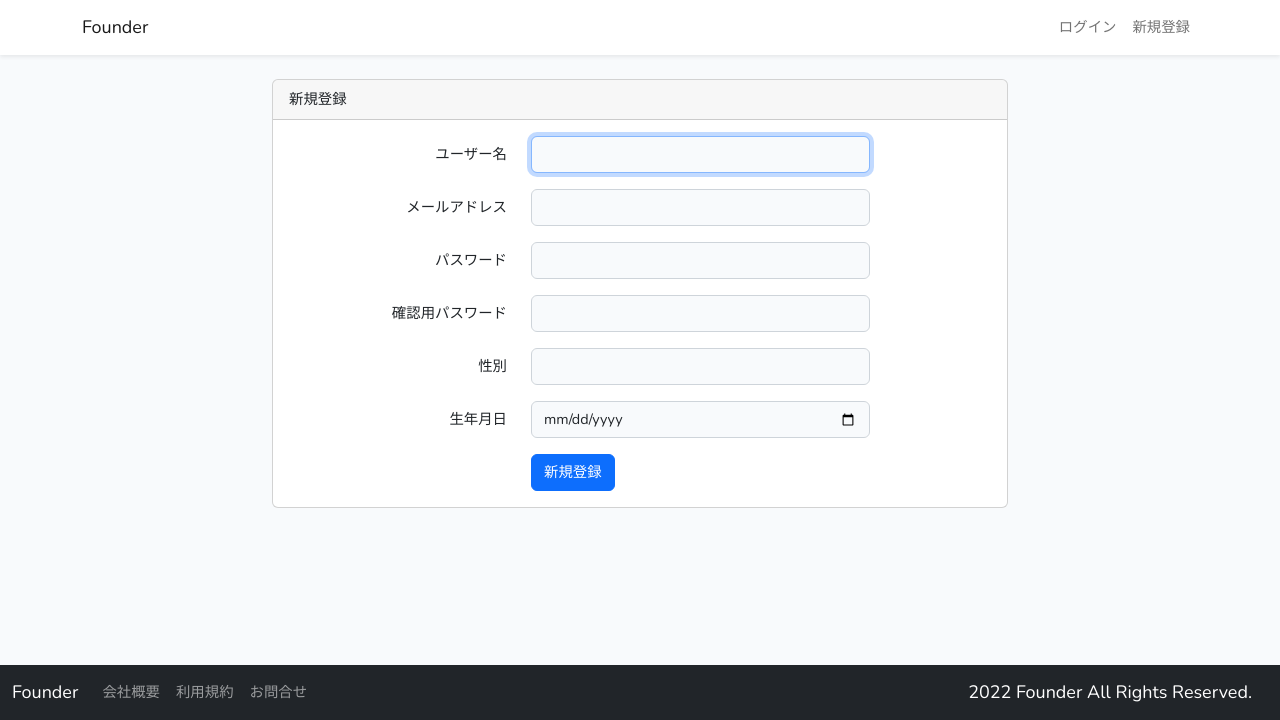
Repository: kazuro-yasuda/Founder_01
Page: http://localhost/register
The author's editor kept a record of every edit. The page is drawn from the files as they stood at one moment, then again after the next edit.
The browser window is 1280 px wide. The pictures show the whole page.
The page is served by the project's Laravel application, run on PHP 8.4 with Laravel 9. Other server files are loaded and not shown.

Above is the page before.
Console error: TypeError: Cannot set properties of null (setting 'onclick')

### cms/app/Providers/AppServiceProvider.php
<?php

namespace App\Providers;

use Illuminate\Support\ServiceProvider;
use Illuminate\Routing\UrlGenerator;//この行を追加

class AppServiceProvider extends ServiceProvider
{
    /**
     * Register any application services.
     *
     * @return void
     */
    public function register()
    {
        //
    }

    /**
     * Bootstrap any application services.
     *
     * @return void
     */
    public function boot(UrlGenerator $url)
    {
        $url->forceScheme('https');
    }
}

### cms/routes/web.php
<?php

use Illuminate\Support\Facades\Route;
use Illuminate\Http\Request;
use App\Http\Controllers\WelcomeFounderController;
use App\Http\Controllers\ItemsController;
use App\Http\Controllers\ItemController;
use App\Http\Controllers\ItemsAdminController;
use App\Http\Controllers\CompareController;
use App\Http\Controllers\MediumCategoryController;
use App\Http\Controllers\ImageController;
use App\Http\Controllers\ItemDetailController;



/*
|--------------------------------------------------------------------------
| Web Routes
|--------------------------------------------------------------------------
|
| Here is where you can register web routes for your application. These
| routes are loaded by the RouteServiceProvider within a group which
| contains the "web" middleware group. Now create something great!
|
*/
//[ ユーザー側の画面関係]

//トップページ表示
Route::get('/', [WelcomeFounderController::class, 'index']);

//中カテゴリーページ表示
Route::get('/categories',  [MediumCategoryController::class, 'index']);

//商品一覧ページ表示
Route::get('/items',   [ItemsController::class, 'index']);

// いいねボタン
 Route::post('/items/{item_id}', [ItemsController::class, 'nice']);

//商品詳細ページ表示
Route::get('/item/{id}', [ItemController::class, 'index']);


//「気になるボタン」uniteテーブル・中間テーブルに保存
Route::post('/compare/create', [CompareController::class, 'create']);

//「気になるボタン」比較ページ表示
Route::post('/compare/{item_unite_id}', [CompareController::class, 'intereste']);

//中間テーブルのデータをもとに比較画面表示
//Route::get('/compare/{unite_id}', [CompareController::class, 'index']);





//[ 管理者側の画面関係]
// ①商品の追加ダッシュボード表示(items_admin.blade.php)
 Route::get('/items_admin', [ItemsAdminController::class, 'index']);

 // ②商品を追加
 Route::post('/add_item', [ItemsAdminController::class, 'store']);


// //③商品更新処理
// Route::post('/@@@',[ItemsAdminController::class, 'update']);

// //④商品削除
// Route::delete('/@@@k/{@@@}',[ItemsAdminController::class, 'destroy']);


//画像アップロード画面表示
//Route::get('/image', [ImageController::class, 'index']);

//画像アップロード処理
//Route::post('/image/upload',[ImageController::class, 'upload']);




Auth::routes();

Route::get('/home', [App\Http\Controllers\HomeController::class, 'index'])->name('home');

### cms/resources/views/auth/register.blade.php
@extends('layouts.app')

@section('content')
<div class="container">
    <div class="row justify-content-center">
        <div class="col-md-8">
            <div class="card">
                <div class="card-header">{{ __('新規登録') }}</div>

                <div class="card-body">
                    <form method="POST" action="{{ route('register') }}">
                        @csrf

                         <!--会員種別-->
                        <!--<div class="row mb-3">-->
                        <!--    <label for="role_id" class="col-md-4 col-form-label text-md-end">{{ __('会員種別') }}</label>-->

                        <!--    <div class="col-md-6">-->
                        <!--        <input id="role_id" type="integer" class="form-control @error('role_id') is-invalid @enderror" name="role_id" value="{{ old('role_id') }}" required autocomplete="role_id" autofocus>-->

                        <!--        @error('role_id')-->
                        <!--            <span class="invalid-feedback" role="alert">-->
                        <!--                <strong>{{ $message }}</strong>-->
                        <!--            </span>-->
                        <!--        @enderror-->
                        <!--    </div>-->
                        <!--</div>-->

                        <!--ユーザー名-->
                        <div class="row mb-3">
                            <label for="name" class="col-md-4 col-form-label text-md-end">{{ __('ユーザー名') }}</label>

                            <div class="col-md-6">
                                <input id="name" type="string" class="form-control @error('name') is-invalid @enderror" name="name" value="{{ old('name') }}" required autocomplete="name" autofocus>

                                @error('name')
                                    <span class="invalid-feedback" role="alert">
                                        <strong>{{ $message }}</strong>
                                    </span>
                                @enderror
                            </div>
                        </div>



                        <!--メールアドレス-->
                        <div class="row mb-3">
                            <label for="email" class="col-md-4 col-form-label text-md-end">{{ __('メールアドレス') }}</label>

                            <div class="col-md-6">
                                <input id="email" type="string" class="form-control @error('email') is-invalid @enderror" name="email" value="{{ old('email') }}" required autocomplete="email">

                                @error('email')
                                    <span class="invalid-feedback" role="alert">
                                        <strong>{{ $message }}</strong>
                                    </span>
                                @enderror
                            </div>
                        </div>

                        <!--パスワード-->
                        <div class="row mb-3">
                            <label for="password" class="col-md-4 col-form-label text-md-end">{{ __('パスワード') }}</label>

                            <div class="col-md-6">
                                <input id="password" type="password" class="form-control @error('password') is-invalid @enderror" name="password" required autocomplete="new-password">

                                @error('password')
                                    <span class="invalid-feedback" role="alert">
                                        <strong>{{ $message }}</strong>
                                    </span>
                                @enderror
                            </div>
                        </div>

                         <!--確認用パスワード-->
                        <div class="row mb-3">
                            <label for="password-confirm" class="col-md-4 col-form-label text-md-end">{{ __('確認用パスワード') }}</label>

                            <div class="col-md-6">
                                <input id="password-confirm" type="string" class="form-control" name="password_confirmation" required autocomplete="new-password">
                            </div>
                        </div>


                         <!--性別-->
                        <div class="row mb-3">
                            <label for="gender" class="col-md-4 col-form-label text-md-end">{{ __('性別') }}</label>

                            <div class="col-md-6">
                                <input id="gender" type="tinyint" class="form-control @error('gender') is-invalid @enderror" name="gender" value="{{ old('gender') }}" required autocomplete="gender" autofocus>

                                @error('gender')
                                    <span class="invalid-feedback" role="alert">
                                        <strong>{{ $message }}</strong>
                                    </span>
                                @enderror
                            </div>
                        </div>

                        <!--生年月日-->
                        <div class="row mb-3">
                            <label for="birthday" class="col-md-4 col-form-label text-md-end">{{ __('生年月日') }}</label>

                            <div class="col-md-6">
                                <input id="birthday" type="date" class="form-control @error('birthday') is-invalid @enderror" name="birthday" value="{{ old('birthday') }}" required autocomplete="birthday" autofocus>

                                @error('birthday')
                                    <span class="invalid-feedback" role="alert">
                                        <strong>{{ $message }}</strong>
                                    </span>
                                @enderror
                            </div>
                        </div>

                        <!--送信ボタン-->
                        <div class="row mb-0">
                            <div class="col-md-6 offset-md-4">
                                <button type="submit" class="btn btn-primary">
                                    {{ __('新規登録') }}
                                </button>
                            </div>
                        </div>
                    </form>
                </div>
            </div>
        </div>
    </div>
</div>
@endsection

### cms/resources/views/layouts/app.blade.php
<!doctype html>
<html lang="{{ str_replace('_', '-', app()->getLocale()) }}">
<head>
    <meta charset="utf-8">
    <meta name="viewport" content="width=device-width, initial-scale=1">

    <!-- CSRF Token -->
    <meta name="csrf-token" content="{{ csrf_token() }}">

    <title>{{ config('app.name', 'Laravel') }}</title>

    <!-- Scripts -->
    <script src="{{ asset('js/app.js') }}" defer></script>
    <script src="{{ asset('js/intereste_btn.js') }}" defer></script>

    <!-- Fonts -->
    <link rel="dns-prefetch" href="//fonts.gstatic.com">
    <link href="https://fonts.googleapis.com/css?family=Nunito" rel="stylesheet">

    <!-- Styles -->
    <link href="{{ asset('css/app.css') }}" rel="stylesheet">
    <link href="{{ asset('css/items_ranking.css') }}" rel="stylesheet">

</head>
<body>
    <div id="app">
        <nav class="navbar navbar-expand-md navbar-light bg-white shadow-sm">
            <div class="container">

                <a class="navbar-brand" href="{{ url('/categories') }}">
                    {{ config('app.name', 'Founder') }}
                </a>
                <button class="navbar-toggler" type="button" data-bs-toggle="collapse" data-bs-target="#navbarSupportedContent" aria-controls="navbarSupportedContent" aria-expanded="false" aria-label="{{ __('Toggle navigation') }}">
                    <span class="navbar-toggler-icon"></span>
                </button>

                <div class="collapse navbar-collapse" id="navbarSupportedContent">
                    <!-- Left Side Of Navbar -->
                    <ul class="navbar-nav me-auto">

                    </ul>

                    <!-- Right Side Of Navbar -->
                    <ul class="navbar-nav ms-auto">
                        <!-- Authentication Links -->
                        @guest
                            @if (Route::has('login'))
                                <li class="nav-item">
                                    <a class="nav-link" href="{{ route('login') }}">{{ __('ログイン') }}</a>
                                </li>
                            @endif

                            @if (Route::has('register'))
                                <li class="nav-item">
                                    <a class="nav-link" href="{{ route('register') }}">{{ __('新規登録') }}</a>
                                </li>
                            @endif
                        @else
                            <li class="nav-item dropdown">
                                <a id="navbarDropdown" class="nav-link dropdown-toggle" href="#" role="button" data-bs-toggle="dropdown" aria-haspopup="true" aria-expanded="false" v-pre>
                                    {{ Auth::user()->name }}
                                </a>

                                <div class="dropdown-menu dropdown-menu-end" aria-labelledby="navbarDropdown">
                                    <a class="dropdown-item" href="{{ route('logout') }}"
                                       onclick="event.preventDefault();
                                                     document.getElementById('logout-form').submit();">
                                        {{ __('Logout') }}
                                    </a>

                                    <form id="logout-form" action="{{ route('logout') }}" method="POST" class="d-none">
                                        @csrf
                                    </form>
                                </div>
                            </li>
                        @endguest
                    </ul>
                </div>
            </div>
        </nav>

        <main class="py-4">
            @yield('content')
        </main>
    </div>



    <!--フッター-->
  <nav class="navbar fixed-bottom navbar-expand-sm navbar-dark bg-dark">
  <div class="container-fluid">
    <a class="navbar-brand" href="/">Founder</a>
    <button class="navbar-toggler" type="button" data-bs-toggle="collapse" data-bs-target="#navbarCollapse" aria-controls="navbarCollapse" aria-expanded="false" aria-label="Toggle navigation">
      <span class="navbar-toggler-icon"></span>
    </button>
    <div class="collapse navbar-collapse" id="navbarCollapse">
      <ul class="navbar-nav">

        <li class="nav-item">
          <a class="nav-link" href="#">会社概要</a>
        </li>
            <li class="nav-item">
          <a class="nav-link" href="#">利用規約</a>
        </li>
            <li class="nav-item">
          <a class="nav-link" href="#">お問合せ</a>
        </li>

      </ul>
      <a class="navbar-brand ms-auto bd-highlight">2022 Founder All Rights Reserved.</a>

    </div>
  </div>
</nav>


    <!--bootstrap-->
    <script src="https://cdn.jsdelivr.net/npm/bootstrap@5.0.2/dist/js/bootstrap.bundle.min.js" integrity="sha384-MrcW6ZMFYlzcLA8Nl+NtUVF0sA7MsXsP1UyJoMp4YLEuNSfAP+JcXn/tWtIaxVXM" crossorigin="anonymous"></script>

</body>
</html>

### cms/public/js/intereste_btn.js
function onchange(){

    //　①チェックが入ったら気になるボタンのhiddenにitem_idが追加される

    var inputs = document.querySelectorAll('input[type=checkbox]');
    console.log(inputs);




    // document.getElementById("hidden_item").value = "item_id";
    // console.log("test");

  //  let item_id = '1,2,3,4,5';
 //   item_id.split(',')  // ['1', '2', '3']


    // 　②上記で取得した値(item_id)を、比較ボタンのhidden(items[])に追加する
  //  document.getElementById("compare_item").value= "item_id";



}

console.log("testtest");

var inputs = document.querySelectorAll('input[type=checkbox]');
document.getElementById('compare').onclick = function(){
     for(var i=0; i<inputs.length; i++) {
         if(inputs[i].checked){
             console
         }
         console.log(inputs[i].value) ;
     }
    // somethingChanged();
}

console.log(inputs);
console.log("testtest2");



// function onchange() {

//     let element;
//     if(document.getElementById("checkbox").checked) {

//   　　　  // チェックが入っていたら、「比較画面」への送信ボタンのdisabledを外す
//         element = document.getElementById("compare");
//         element.disabled = false;

//     }else {
//         // チェックが外れていたら、「比較画面」への送信ボタンにdisabledを付ける
//         element = document.getElementById("compare");
//         element.disabled = true;
//     }

// }

### cms/public/css/items_ranking.css

.ranking {
  counter-reset: rank;
  list-style: none
}

.ranking li {
  position: relative;
  float: left;
}

.ranking li:not(:last-child) {
  margin-bottom: 10px;
}

.ranking li::before { /* ラベルのスタイル */
  content: "";
  position: absolute;
  border-bottom: 100px solid transparent;
  border-left: 100px solid rgba(0,0,0,0.8);
}

.ranking li::after { /* 順位（文字）のスタイル */
  counter-increment: rank;
  content: counter(rank) " 位";
  position: absolute;
  top: 10px;
  left: 10px;
  font-size: 1.2em;
  color: #fff;
}

Loaded but not shown: cms/app/Http/Controllers/Auth/ConfirmPasswordController.php (common file); cms/app/Http/Controllers/Controller.php (common file); cms/app/Http/Controllers/Auth/RegisterController.php (common file); cms/public/css/app.css (library)

After the next edit:
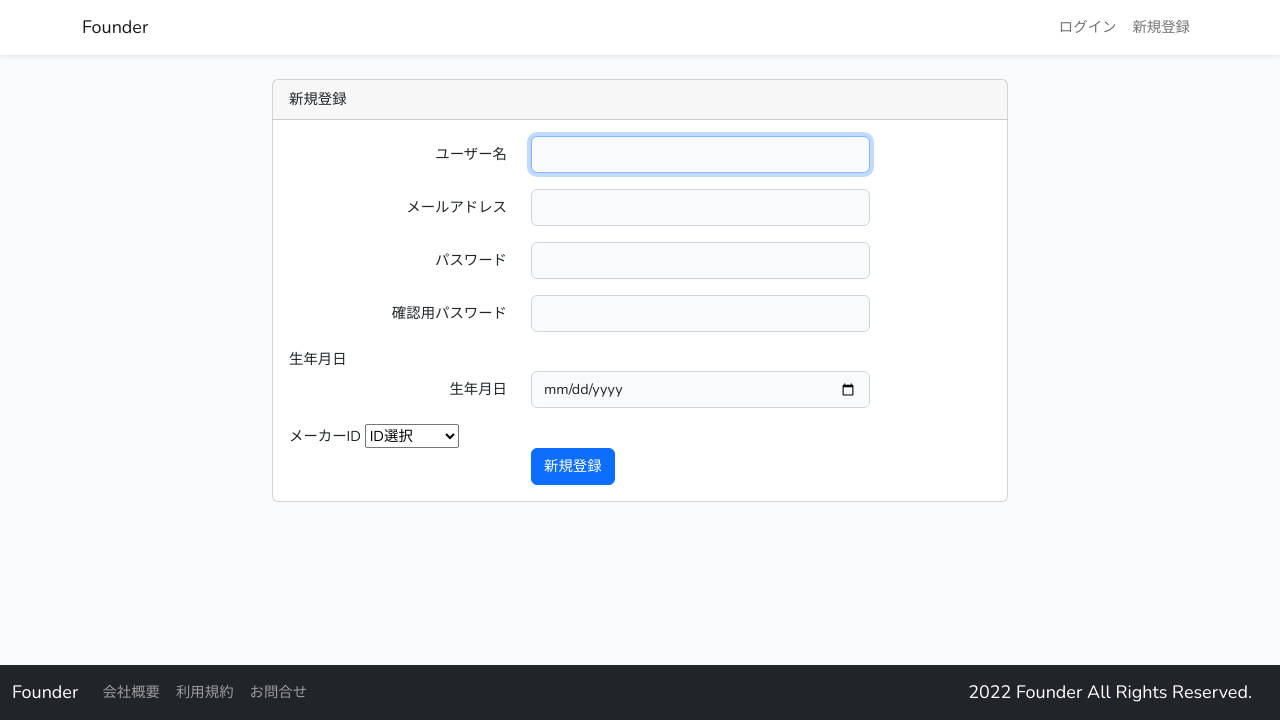
The edit:
--- a/cms/resources/views/auth/register.blade.php
+++ b/cms/resources/views/auth/register.blade.php
@@ -84,21 +84,21 @@
 
 
                          <!--性別-->
-                        <div class="row mb-3">
-                            <label for="gender" class="col-md-4 col-form-label text-md-end">{{ __('性別') }}</label>
+                        <!--<div class="row mb-3">-->
+                        <!--    <label for="gender" class="col-md-4 col-form-label text-md-end">{{ __('性別') }}</label>-->
 
-                            <div class="col-md-6">
-                                <input id="gender" type="tinyint" class="form-control @error('gender') is-invalid @enderror" name="gender" value="{{ old('gender') }}" required autocomplete="gender" autofocus>
+                        <!--    <div class="col-md-6">-->
+                        <!--        <input id="gender" type="tinyint" class="form-control @error('gender') is-invalid @enderror" name="gender" value="{{ old('gender') }}" required autocomplete="gender" autofocus>-->
 
-                                @error('gender')
-                                    <span class="invalid-feedback" role="alert">
-                                        <strong>{{ $message }}</strong>
-                                    </span>
-                                @enderror
-                            </div>
-                        </div>
+                        <!--        @error('gender')-->
+                        <!--            <span class="invalid-feedback" role="alert">-->
+                        <!--                <strong>{{ $message }}</strong>-->
+                        <!--            </span>-->
+                        <!--        @enderror-->
+                        <!--    </div>-->
+                        <!--</div>-->
 
-                        <!--生年月日-->
+                        生年月日
                         <div class="row mb-3">
                             <label for="birthday" class="col-md-4 col-form-label text-md-end">{{ __('生年月日') }}</label>
 
@@ -112,6 +112,17 @@
                                 @enderror
                             </div>
                         </div>
+
+                        <!-- メーカーID -->
+            <div class="form-group">
+                メーカーID
+                <select type="integer" name="company_id"　class="form-select" aria-label="Default select example">
+                  <option selected>ID選択</option>
+                  <option value="1">１：＠＠＠</option>
+                  <option value="2">２：＠＠＠</option>
+                  <option value="3">３：＠＠＠</option>
+                </select>
+            </div>
 
                         <!--送信ボタン-->
                         <div class="row mb-0">
